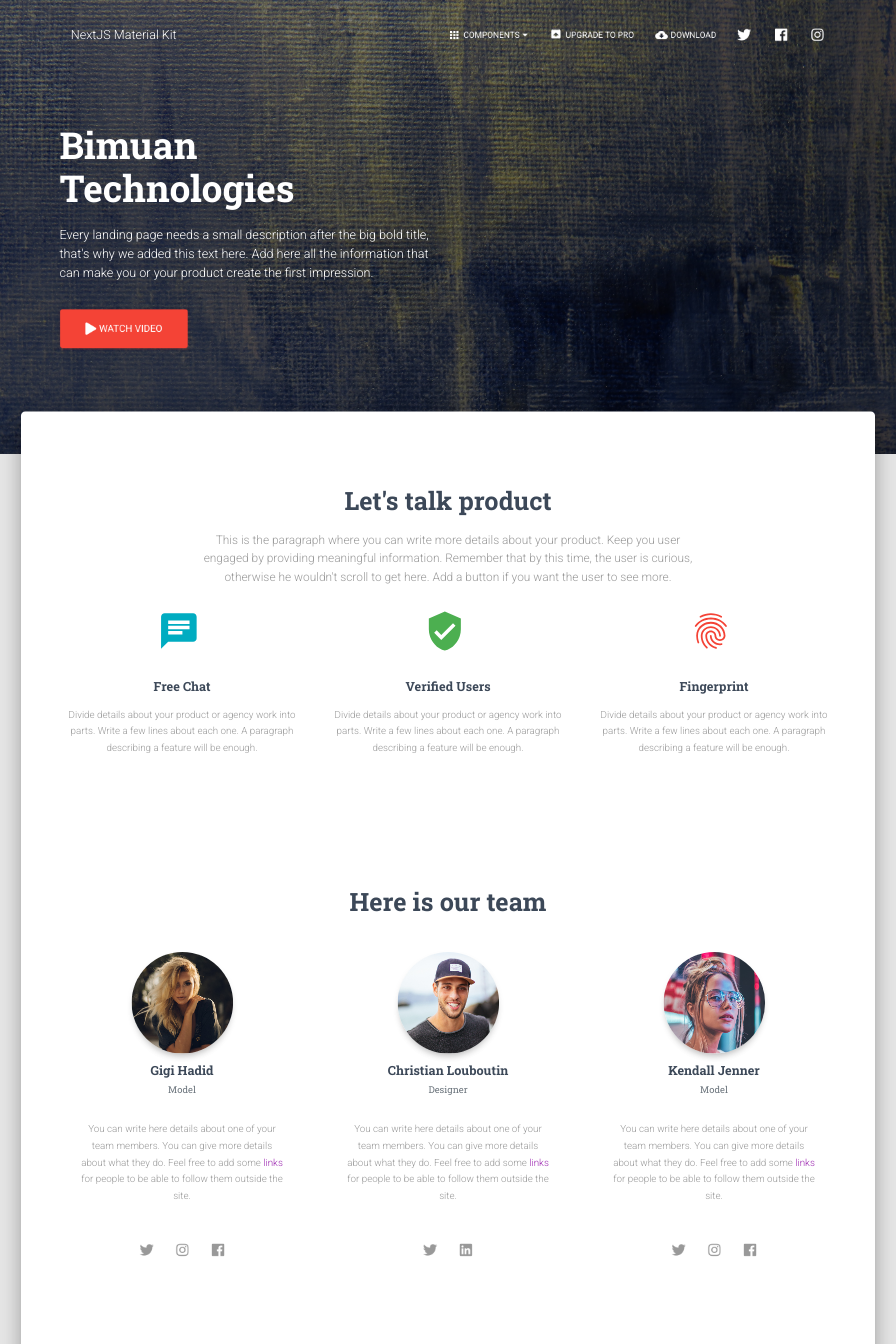
Repository: marcusdashe/bimuan-tech
Page: /
The author's editor kept a copy of each file at every save. The page is drawn from the files as they stood at one save, then again after the next save.
The browser window is 1280 px wide. The pictures show the part of the page from y = 0 to 1920 px (the page is 2679 px tall), at 70% of full size.
Some web libraries are served in a nearby version. The project was rebuilt for these pictures with package versions that can differ from the ones it lists, and the page was loaded fresh each time. The framework's server and built-in components were replaced by stand-ins that run in the browser. Also part of the build but not shown: next.config.js.

Above is the page before, as saved 2023-10-30 13:38:03.

### pages/_app.js
/*!

=========================================================
* NextJS Material Kit v1.2.2 based on Material Kit Free - v2.0.2 (Bootstrap 4.0.0 Final Edition) and Material Kit React v1.8.0
=========================================================

* Product Page: https://www.creative-tim.com/product/nextjs-material-kit
* Copyright 2023 Creative Tim (https://www.creative-tim.com)
* Licensed under MIT (https://github.com/creativetimofficial/nextjs-material-kit/blob/main/LICENSE.md)

* Coded by Creative Tim

=========================================================

* The above copyright notice and this permission notice shall be included in all copies or substantial portions of the Software.

*/
import React from "react";
import App from "next/app";
import Head from "next/head";
import "/styles/scss/nextjs-material-kit.scss?v=1.2.0";

export default class MyApp extends App {
  componentDidMount() {
    let comment = document.createComment(`

=========================================================
* NextJS Material Kit v1.2.2 based on Material Kit Free - v2.0.2 (Bootstrap 4.0.0 Final Edition) and Material Kit React v1.8.0
=========================================================

* Product Page: https://www.creative-tim.com/product/nextjs-material-kit
* Copyright 2023 Creative Tim (https://www.creative-tim.com)
* Licensed under MIT (https://github.com/creativetimofficial/nextjs-material-kit/blob/main/LICENSE.md)

* Coded by Creative Tim

=========================================================

* The above copyright notice and this permission notice shall be included in all copies or substantial portions of the Software.

`);
    document.insertBefore(comment, document.documentElement);
  }
  static async getInitialProps({ Component, router, ctx }) {
    let pageProps = {};

    if (Component.getInitialProps) {
      pageProps = await Component.getInitialProps(ctx);
    }

    return { pageProps };
  }
  render() {
    const { Component, pageProps } = this.props;

    return (
      <React.Fragment>
        <Head>
          <meta
            name="viewport"
            content="width=device-width, initial-scale=1, shrink-to-fit=no"
          />
          <title>Bimuan Technologies</title>
        </Head>
        <Component {...pageProps} />
      </React.Fragment>
    );
  }
}

### pages/index.js
// import React, { Component } from "react";
// import Router from "next/router";

// export default class Index extends Component {
//   componentDidMount = () => {
//     Router.push("/components");
//   };

//   render() {
//     return <div />;
//   }
// }

import React from "react";
// nodejs library that concatenates classes
import classNames from "classnames";
// @material-ui/core components
import { makeStyles } from "@material-ui/core/styles";

// @material-ui/icons

// core components
import Header from "/components/Header/Header.js";
import Footer from "/components/Footer/Footer.js";
import GridContainer from "/components/Grid/GridContainer.js";
import GridItem from "/components/Grid/GridItem.js";
import Button from "/components/CustomButtons/Button.js";
import HeaderLinks from "/components/Header/HeaderLinks.js";
import Parallax from "/components/Parallax/Parallax.js";

import styles from "/styles/jss/nextjs-material-kit/pages/landingPage.js";

// Sections for this page
import ProductSection from "/pages-sections/LandingPage-Sections/ProductSection.js";
import TeamSection from "/pages-sections/LandingPage-Sections/TeamSection.js";
import WorkSection from "/pages-sections/LandingPage-Sections/WorkSection.js";

const dashboardRoutes = [];

const useStyles = makeStyles(styles);

export default function LandingPage(props) {
  const classes = useStyles();
  const { ...rest } = props;
  return (
    <div>
      <Header
        color="transparent"
        routes={dashboardRoutes}
        brand="NextJS Material Kit"
        rightLinks={<HeaderLinks />}
        fixed
        changeColorOnScroll={{
          height: 400,
          color: "white",
        }}
        {...rest}
      />
      <Parallax filter responsive image="/img/hero.jpg">
        <div className={classes.container}>
          <GridContainer>
            <GridItem xs={12} sm={12} md={6}>
              <h1 className={classes.title}>Bimuan Technologies</h1>
              <h4>
                Every landing page needs a small description after the big bold
                title, that{"'"}s why we added this text here. Add here all the
                information that can make you or your product create the first
                impression.
              </h4>
              <br />
              <Button
                color="danger"
                size="lg"
                href="https://www.youtube.com/watch?v=dQw4w9WgXcQ&ref=creativetim"
                target="_blank"
                rel="noopener noreferrer"
              >
                <i className="fas fa-play" />
                Watch video
              </Button>
            </GridItem>
          </GridContainer>
        </div>
      </Parallax>
      <div className={classNames(classes.main, classes.mainRaised)}>
        <div className={classes.container}>
          <ProductSection />
          <TeamSection />
          <WorkSection />
        </div>
      </div>
      <Footer />
    </div>
  );
}

### styles/scss/nextjs-material-kit.scss
/*!

=========================================================
* NextJS Material Kit v1.2.2 based on Material Kit Free - v2.0.2 (Bootstrap 4.0.0 Final Edition) and Material Kit React v1.8.0
=========================================================

* Product Page: https://www.creative-tim.com/product/nextjs-material-kit
* Copyright 2023 Creative Tim (https://www.creative-tim.com)
* Licensed under MIT (https://github.com/creativetimofficial/nextjs-material-kit/blob/main/LICENSE.md)

* Coded by Creative Tim

=========================================================

* The above copyright notice and this permission notice shall be included in all copies or substantial portions of the Software.

*/
@import "core/variables";
@import "core/mixins";

// Core Components
@import "core/misc";
@import "core/page-transition";

// Core Plugins

// @import "plugins/plugin-datetime-picker";
@import "plugins/plugin-nouislider";
@import "plugins/plugin-react-datetime";
@import "plugins/plugin-react-slick";

### styles/scss/core/variables/_shadow.scss
// Shadows (originally from mdl http://www.getmdl.io/)
$bmd-shadow-umbra-opacity: 0.2 !default;
$bmd-shadow-penumbra-opacity: 0.14 !default;
$bmd-shadow-ambient-opacity: 0.12 !default;

// Declare the following for reuse with both mixins and the bootstrap variables
$bmd-shadow-focus: 0 0 8px rgba($black, 0.18), 0 8px 16px rgba($black, 0.36);

$bmd-shadow-2dp: 0 2px 2px 0 rgba($black, $bmd-shadow-penumbra-opacity),
  0 3px 1px -2px rgba($black, $bmd-shadow-umbra-opacity),
  0 1px 5px 0 rgba($black, $bmd-shadow-ambient-opacity);

$bmd-shadow-3dp: 0 3px 4px 0 rgba($black, $bmd-shadow-penumbra-opacity),
  0 3px 3px -2px rgba($black, $bmd-shadow-umbra-opacity),
  0 1px 8px 0 rgba($black, $bmd-shadow-ambient-opacity);

$bmd-shadow-4dp: 0 4px 5px 0 rgba($black, $bmd-shadow-penumbra-opacity),
  0 1px 10px 0 rgba($black, $bmd-shadow-ambient-opacity),
  0 2px 4px -1px rgba($black, $bmd-shadow-umbra-opacity);

$bmd-shadow-6dp: 0 6px 10px 0 rgba($black, $bmd-shadow-penumbra-opacity),
  0 1px 18px 0 rgba($black, $bmd-shadow-ambient-opacity),
  0 3px 5px -1px rgba($black, $bmd-shadow-umbra-opacity);

$bmd-shadow-8dp: 0 8px 10px 1px rgba($black, $bmd-shadow-penumbra-opacity),
  0 3px 14px 2px rgba($black, $bmd-shadow-ambient-opacity),
  0 5px 5px -3px rgba($black, $bmd-shadow-umbra-opacity);

$bmd-shadow-16dp: 0 16px 24px 2px rgba($black, $bmd-shadow-penumbra-opacity),
  0 6px 30px 5px rgba($black, $bmd-shadow-ambient-opacity),
  0 8px 10px -5px rgba($black, $bmd-shadow-umbra-opacity);

$bmd-shadow-24dp: 0 9px 46px 8px rgba($black, $bmd-shadow-penumbra-opacity),
  0 11px 15px -7px rgba($black, $bmd-shadow-ambient-opacity),
  0 24px 38px 3px rgba($black, $bmd-shadow-umbra-opacity);

### styles/scss/core/variables/_functions.scss
// Bootstrap functions
//
// Utility mixins and functions for evalutating source code across our variables, maps, and mixins.

// Ascending
// Used to evaluate Sass maps like our grid breakpoints.
@mixin _assert-ascending($map, $map-name) {
  $prev-key: null;
  $prev-num: null;
  @each $key, $num in $map {
    @if $prev-num == null {
      // Do nothing
    } @else if not comparable($prev-num, $num) {
      @warn "Potentially invalid value for #{$map-name}: This map must be in ascending order, but key '#{$key}' has value #{$num} whose unit makes it incomparable to #{$prev-num}, the value of the previous key '#{$prev-key}' !";
    } @else if $prev-num >= $num {
      @warn "Invalid value for #{$map-name}: This map must be in ascending order, but key '#{$key}' has value #{$num} which isn't greater than #{$prev-num}, the value of the previous key '#{$prev-key}' !";
    }
    $prev-key: $key;
    $prev-num: $num;
  }
}

// Starts at zero
// Another grid mixin that ensures the min-width of the lowest breakpoint starts at 0.
@mixin _assert-starts-at-zero($map) {
  $values: map-values($map);
  $first-value: nth($values, 1);
  @if $first-value != 0 {
    @warn "First breakpoint in `$grid-breakpoints` must start at 0, but starts at #{$first-value}.";
  }
}

// Replace `$search` with `$replace` in `$string`
// Used on our SVG icon backgrounds for custom forms.
//
// @author Hugo Giraudel
// @param {String} $string - Initial string
// @param {String} $search - Substring to replace
// @param {String} $replace ('') - New value
// @return {String} - Updated string
@function str-replace($string, $search, $replace: "") {
  $index: str-index($string, $search);

  @if $index {
    @return str-slice($string, 1, $index - 1) + $replace +
      str-replace(
        str-slice($string, $index + str-length($search)),
        $search,
        $replace
      );
  }

  @return $string;
}

// Color contrast
@function color-yiq($color) {
  $r: red($color);
  $g: green($color);
  $b: blue($color);

  $yiq: (($r * 299) + ($g * 587) + ($b * 114)) / 1000;

  @if ($yiq >= $yiq-contrasted-threshold) {
    @return $yiq-text-dark;
  } @else {
    @return $yiq-text-light;
  }
}

// Retrieve color Sass maps
@function color($key: "blue") {
  @return map-get($colors, $key);
}

@function theme-color($key: "primary") {
  @return map-get($theme-colors, $key);
}

@function gray($key: "100") {
  @return map-get($grays, $key);
}

// Request a theme color level
@function theme-color-level($color-name: "primary", $level: 0) {
  $color: theme-color($color-name);
  $color-base: if($level > 0, #000, #fff);
  $level: abs($level);

  @return mix($color-base, $color, $level * $theme-color-interval);
}

### styles/scss/core/mixins/_colored-shadows.scss
@mixin shadow-big() {
  box-shadow: 0 16px 38px -12px rgba(0, 0, 0, $bmd-shadow-penumbra-opacity * 4),
    0 4px 25px 0px rgba(0, 0, 0, $bmd-shadow-ambient-opacity),
    0 8px 10px -5px rgba(0, 0, 0, $bmd-shadow-umbra-opacity);
}

@mixin shadow-big-image() {
  // new box shadow optimized for Tables and Phones
  box-shadow: 0 5px 15px -8px rgba(0, 0, 0, $bmd-shadow-ambient-opacity * 2),
    0 8px 10px -5px rgba(0, 0, 0, $bmd-shadow-umbra-opacity);
}

@mixin shadow-big-navbar() {
  box-shadow: 0 10px 20px -12px rgba(0, 0, 0, $bmd-shadow-penumbra-opacity * 3),
    0 3px 20px 0px rgba(0, 0, 0, $bmd-shadow-ambient-opacity),
    0 8px 10px -5px rgba(0, 0, 0, $bmd-shadow-umbra-opacity);
}

@mixin shadow-big-color($color) {
  // new box shadow optimized for Tables and Phones
  box-shadow: 0 5px 20px 0px rgba(0, 0, 0, 0.2),
    0 13px 24px -11px rgba($color, 0.6);
}

@mixin shadow-small-color($color) {
  // new box shadow optimized for Tablets and Phones
  box-shadow: 0 4px 20px 0px rgba(0, 0, 0, 0.14),
    0 7px 10px -5px rgba($color, 0.4);
}

@mixin shadow-navbar-color($color) {
  // new box shadow optimized for Tablets and Phones

  @if ($color == $white-color) {
    box-shadow: 0 4px 18px 0px rgba(0, 0, 0, 0.12),
      0 7px 10px -5px rgba(0, 0, 0, 0.15);
  } @else {
    box-shadow: 0 4px 20px 0px rgba(0, 0, 0, 0.14),
      0 7px 12px -5px rgba($color, 0.46);
  }
}

@mixin shadow-2dp() {
  box-shadow: 0 2px 2px 0 rgba(0, 0, 0, $bmd-shadow-penumbra-opacity),
    0 3px 1px -2px rgba(0, 0, 0, $bmd-shadow-ambient-opacity),
    0 1px 5px 0 rgba(0, 0, 0, $bmd-shadow-umbra-opacity);
}

@mixin shadow-4dp() {
  box-shadow: 0 4px 5px 0 rgba(0, 0, 0, $bmd-shadow-penumbra-opacity),
    0 1px 10px 0 rgba(0, 0, 0, $bmd-shadow-ambient-opacity),
    0 2px 4px -1px rgba(0, 0, 0, $bmd-shadow-umbra-opacity);
}

@mixin shadow-6dp() {
  box-shadow: 0 6px 10px 0 rgba(0, 0, 0, $bmd-shadow-penumbra-opacity),
    0 1px 18px 0 rgba(0, 0, 0, $bmd-shadow-ambient-opacity),
    0 3px 5px -1px rgba(0, 0, 0, $bmd-shadow-umbra-opacity);
}

@mixin shadow-8dp() {
  box-shadow: 0 8px 10px 1px rgba(0, 0, 0, $bmd-shadow-penumbra-opacity),
    0 3px 14px 2px rgba(0, 0, 0, $bmd-shadow-ambient-opacity),
    0 5px 5px -3px rgba(0, 0, 0, $bmd-shadow-umbra-opacity);
}

@mixin shadow-16dp() {
  box-shadow: 0 16px 24px 2px rgba(0, 0, 0, $bmd-shadow-penumbra-opacity),
    0 6px 30px 5px rgba(0, 0, 0, $bmd-shadow-ambient-opacity),
    0 8px 10px -5px rgba(0, 0, 0, $bmd-shadow-umbra-opacity);
}

@mixin shadow-2dp-color($color) {
  box-shadow: 0 2px 2px 0 rgba($color, $bmd-shadow-penumbra-opacity),
    0 3px 1px -2px rgba($color, $bmd-shadow-umbra-opacity),
    0 1px 5px 0 rgba($color, $bmd-shadow-ambient-opacity);
}

@mixin shadow-4dp-color($color) {
  box-shadow: 0 4px 5px 0 rgba($color, $bmd-shadow-penumbra-opacity),
    0 1px 10px 0 rgba($color, $bmd-shadow-ambient-opacity),
    0 2px 4px -1px rgba($color, $bmd-shadow-umbra-opacity);
}

@mixin shadow-8dp-color($color) {
  box-shadow: 0 8px 10px 1px rgba($color, $bmd-shadow-penumbra-opacity),
    0 3px 14px 2px rgba(0, 0, 0, $bmd-shadow-ambient-opacity),
    0 5px 5px -3px rgba($color, $bmd-shadow-umbra-opacity);
}

@mixin shadow-16dp-color($color) {
  box-shadow: 0 16px 24px 2px rgba($color, $bmd-shadow-penumbra-opacity),
    0 6px 30px 5px rgba(0, 0, 0, $bmd-shadow-ambient-opacity),
    0 8px 10px -5px rgba($color, $bmd-shadow-umbra-opacity);
}

@mixin button-shadow-color($color) {
  box-shadow: 0 14px 26px -12px rgba($color, $bmd-shadow-penumbra-opacity * 3),
    0 4px 23px 0px rgba(0, 0, 0, $bmd-shadow-ambient-opacity),
    0 8px 10px -5px rgba($color, $bmd-shadow-umbra-opacity);
}

@mixin shadow-z-1() {
  box-shadow: 0 1px 6px 0 rgba(0, 0, 0, 0.12), 0 1px 6px 0 rgba(0, 0, 0, 0.12);
}

@mixin shadow-z-1-hover() {
  box-shadow: 0 5px 11px 0 rgba(0, 0, 0, 0.18), 0 4px 15px 0 rgba(0, 0, 0, 0.15);
}

@mixin shadow-z-2() {
  box-shadow: 0 8px 17px 0 rgba(0, 0, 0, 0.2), 0 6px 20px 0 rgba(0, 0, 0, 0.19);
}

@mixin shadow-z-3() {
  box-shadow: 0 12px 15px 0 rgba(0, 0, 0, 0.24),
    0 17px 50px 0 rgba(0, 0, 0, 0.19);
}

@mixin shadow-z-4() {
  box-shadow: 0 16px 28px 0 rgba(0, 0, 0, 0.22),
    0 25px 55px 0 rgba(0, 0, 0, 0.21);
}

@mixin shadow-z-5() {
  box-shadow: 0 27px 24px 0 rgba(0, 0, 0, 0.2),
    0 40px 77px 0 rgba(0, 0, 0, 0.22);
}

### styles/scss/core/_misc.scss
html * {
  -webkit-font-smoothing: antialiased;
  -moz-osx-font-smoothing: grayscale;
}
body {
  font-size: 1rem;
}
body,
h1,
h2,
h3,
h4,
h5,
h6 {
  font-family: "Roboto", "Helvetica", "Arial", sans-serif;
  font-weight: 300;
  line-height: 1.5em;
}
h1,
h2,
h3,
h4,
h5,
h6 {
  color: inherit;
}
h1,
h2,
h3 {
  margin-top: 20px;
  margin-bottom: 10px;
}
h4,
h5,
h6 {
  margin-top: 10px;
  margin-bottom: 10px;
}
h1 {
  font-size: 3.3125rem;
  line-height: 1.15em;
}
h2 {
  font-size: 2.25rem;
  line-height: 1.5em;
}
h3 {
  font-size: 1.5625rem;
  line-height: 1.4em;
}
h4 {
  font-size: 1.125rem;
  line-height: 1.5em;
}
h5 {
  font-size: 1.0625rem;
  line-height: 1.55em;
}
h6 {
  font-size: 0.75rem;
  text-transform: uppercase;
  font-weight: 500;
}
p {
  font-size: 14px;
  margin: 0 0 10px;
}
html {
  font-family: sans-serif;
  line-height: 1.15;
  -webkit-text-size-adjust: 100%;
  -ms-text-size-adjust: 100%;
  -ms-overflow-style: scrollbar;
  -webkit-tap-highlight-color: transparent;
}
body {
  background-color: #e5e5e5;
  color: $black-color;
  margin: 0;
  font-size: 1rem;
  text-align: left;
}

legend {
  border-bottom: 0;
}

// Prevent highlight on mobile
* {
  -webkit-tap-highlight-color: rgba(255, 255, 255, 0);
  -webkit-tap-highlight-color: transparent;
  box-sizing: border-box;
  &:focus {
    outline: 0;
  }
}

a {
  color: $link-color;
  text-decoration: none;
  background-color: transparent;
  &:hover,
  &:focus {
    color: darken($link-color, 5%);
    text-decoration: none;
  }
}

label {
  font-size: 14px;
  line-height: 1.42857;
  color: $checkboxes-text-color;
  font-weight: 400;
}
small {
  font-size: 75%;
  color: #777;
  font-weight: 400;
}
img {
  vertical-align: middle;
  border-style: none;
}
form {
  margin-bottom: 1.125rem;
}

Loaded but not shown: styles/scss/core/_variables.scss (common file); styles/scss/core/variables/_bootstrap-material-design-base.scss (common file); styles/scss/core/variables/_brand.scss (common file); styles/scss/core/variables/_bootstrap-material-design.scss (common file); styles/scss/core/_mixins.scss (common file); styles/scss/core/_page-transition.scss (common file); styles/scss/plugins/_plugin-nouislider.scss (common file); styles/scss/plugins/_plugin-react-datetime.scss (common file); styles/scss/plugins/_plugin-react-slick.scss (common file); styles/jss/nextjs-material-kit/components/cardStyle.js (common file); styles/jss/nextjs-material-kit/components/cardBodyStyle.js (common file); styles/jss/nextjs-material-kit/components/cardFooterStyle.js (common file); styles/jss/nextjs-material-kit/components/buttonStyle.js (385 lines, source omitted); pages-sections/LandingPage-Sections/TeamSection.js (171 lines, source omitted); styles/jss/nextjs-material-kit.js (266 lines, source omitted); components/CustomDropdown/CustomDropdown.js (198 lines, source omitted); components/Header/Header.js (156 lines, source omitted); components/Header/HeaderLinks.js (131 lines, source omitted); styles/jss/nextjs-material-kit/components/customDropdownStyle.js (188 lines, source omitted); styles/jss/nextjs-material-kit/components/headerStyle.js (165 lines, source omitted); components/Footer/Footer.js (91 lines, source omitted); styles/jss/nextjs-material-kit/components/headerLinksStyle.js (125 lines, source omitted); pages-sections/LandingPage-Sections/ProductSection.js (67 lines, source omitted); pages/_document.js (92 lines, source omitted); components/CustomInput/CustomInput.js (91 lines, source omitted); pages-sections/LandingPage-Sections/WorkSection.js (71 lines, source omitted); components/Parallax/Parallax.js (69 lines, source omitted); components/CustomButtons/Button.js (84 lines, source omitted); styles/jss/nextjs-material-kit/components/customInputStyle.js (89 lines, source omitted); components/InfoArea/InfoArea.js (56 lines, source omitted); styles/jss/nextjs-material-kit/components/footerStyle.js (59 lines, source omitted); styles/jss/nextjs-material-kit/components/infoStyle.js (68 lines, source omitted); components/Card/Card.js (36 lines, source omitted); styles/jss/nextjs-material-kit/imagesStyles.js (44 lines, source omitted); components/Card/CardFooter.js (32 lines, source omitted); components/Card/CardBody.js (32 lines, source omitted); styles/jss/nextjs-material-kit/pages/landingPageSections/teamStyle.js (47 lines, source omitted); components/Grid/GridItem.js (38 lines, source omitted); components/Grid/GridContainer.js (36 lines, source omitted); styles/jss/nextjs-material-kit/pages/landingPage.js (36 lines, source omitted); styles/jss/nextjs-material-kit/components/parallaxStyle.js (40 lines, source omitted); styles/jss/nextjs-material-kit/tooltipsStyle.js (29 lines, source omitted); styles/jss/nextjs-material-kit/pages/landingPageSections/workStyle.js (28 lines, source omitted); styles/jss/nextjs-material-kit/pages/landingPageSections/productStyle.js (20 lines, source omitted); styles/scss/core/variables/_variables.scss (945 lines, source omitted); styles/scss/core/variables/_colors.scss (315 lines, source omitted)

After the next save:
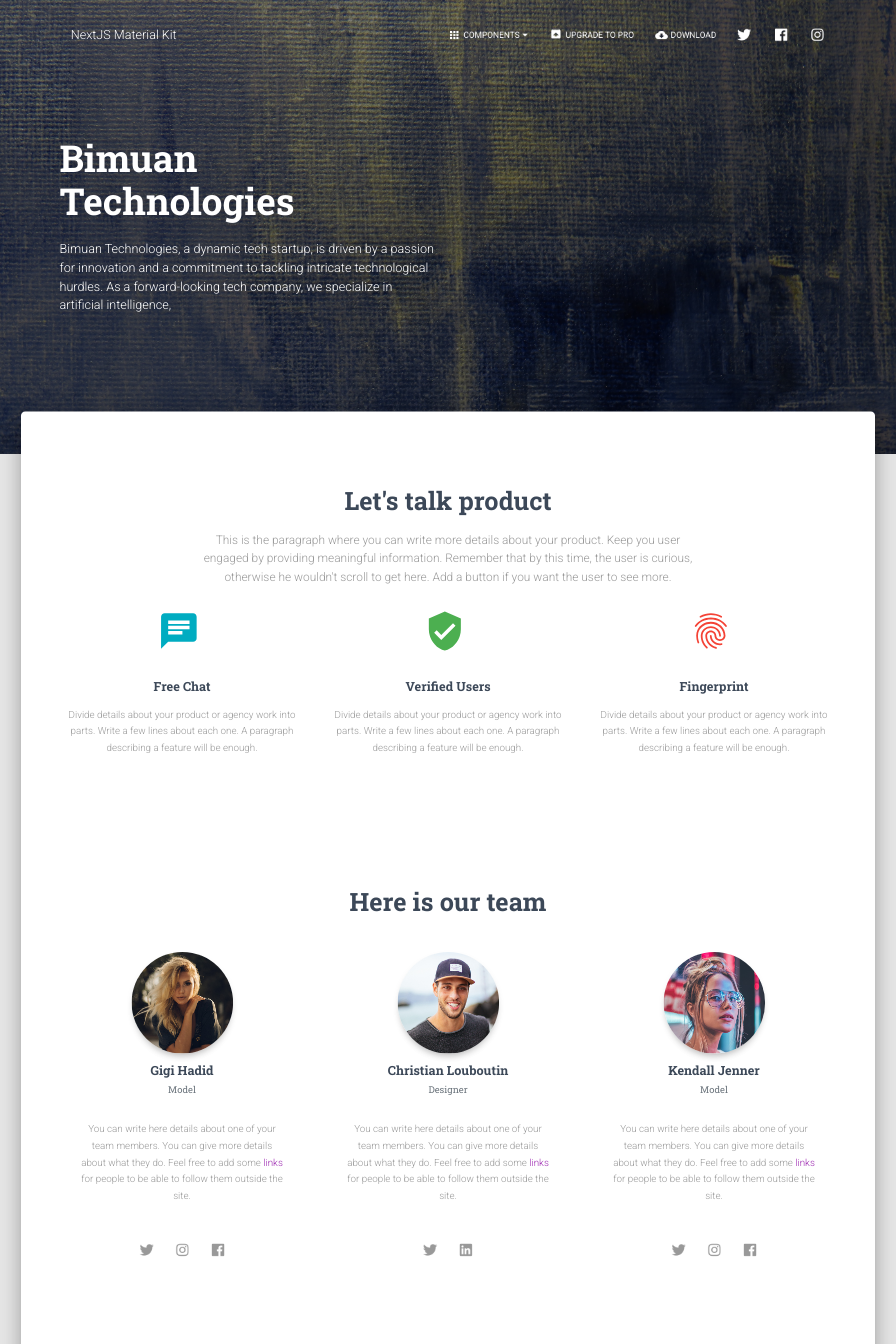
Saved 7 min 13 s later.
--- a/pages/index.js
+++ b/pages/index.js
@@ -62,13 +62,13 @@
             <GridItem xs={12} sm={12} md={6}>
               <h1 className={classes.title}>Bimuan Technologies</h1>
               <h4>
-                Every landing page needs a small description after the big bold
-                title, that{"'"}s why we added this text here. Add here all the
-                information that can make you or your product create the first
-                impression.
+                Bimuan Technologies, a dynamic tech startup, is driven by a
+                passion for innovation and a commitment to tackling intricate
+                technological hurdles. As a forward-looking tech company, we
+                specialize in artificial intelligence,
               </h4>
               <br />
-              <Button
+              {/* <Button
                 color="danger"
                 size="lg"
                 href="https://www.youtube.com/watch?v=dQw4w9WgXcQ&ref=creativetim"
@@ -77,7 +77,7 @@
               >
                 <i className="fas fa-play" />
                 Watch video
-              </Button>
+              </Button> */}
             </GridItem>
           </GridContainer>
         </div>
